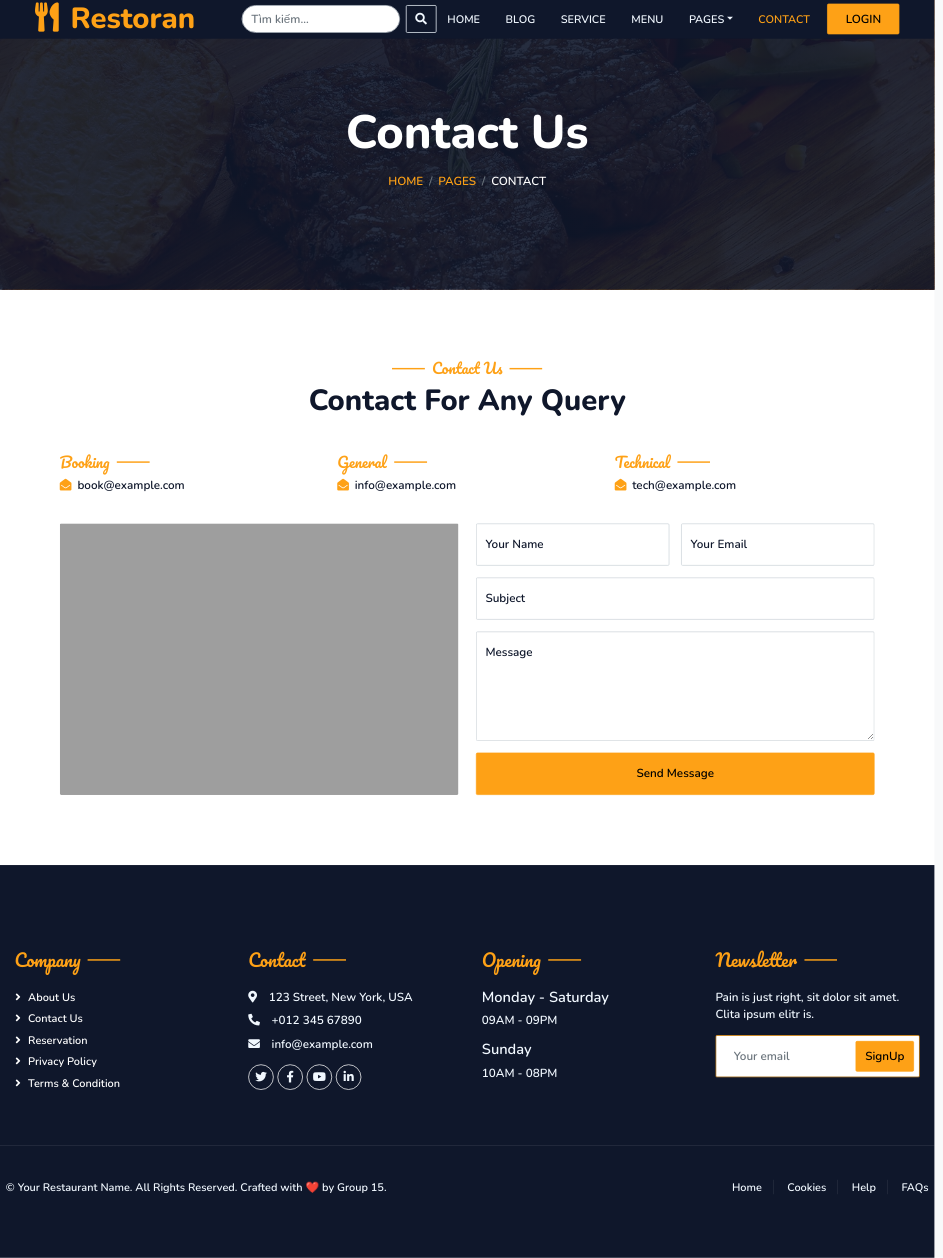
Repository: HoangKhangKhuPho4/Project_Web
Page: contact.html
The author's editor kept a copy of each file at every save. The page is drawn from the files as they stood at one save, then again after the next save.
The browser window is 1280 px wide. The page is 1292 px wide, so the pictures cover 1292 px, including what lies to the right of the window. The pictures show the whole page, at 73% of full size.
Pictures or frames that could not be fetched are drawn as grey boxes. Some web libraries are served in a nearby version.

Above is the page before, as saved 2025-01-02 20:29:42.

After the next save:
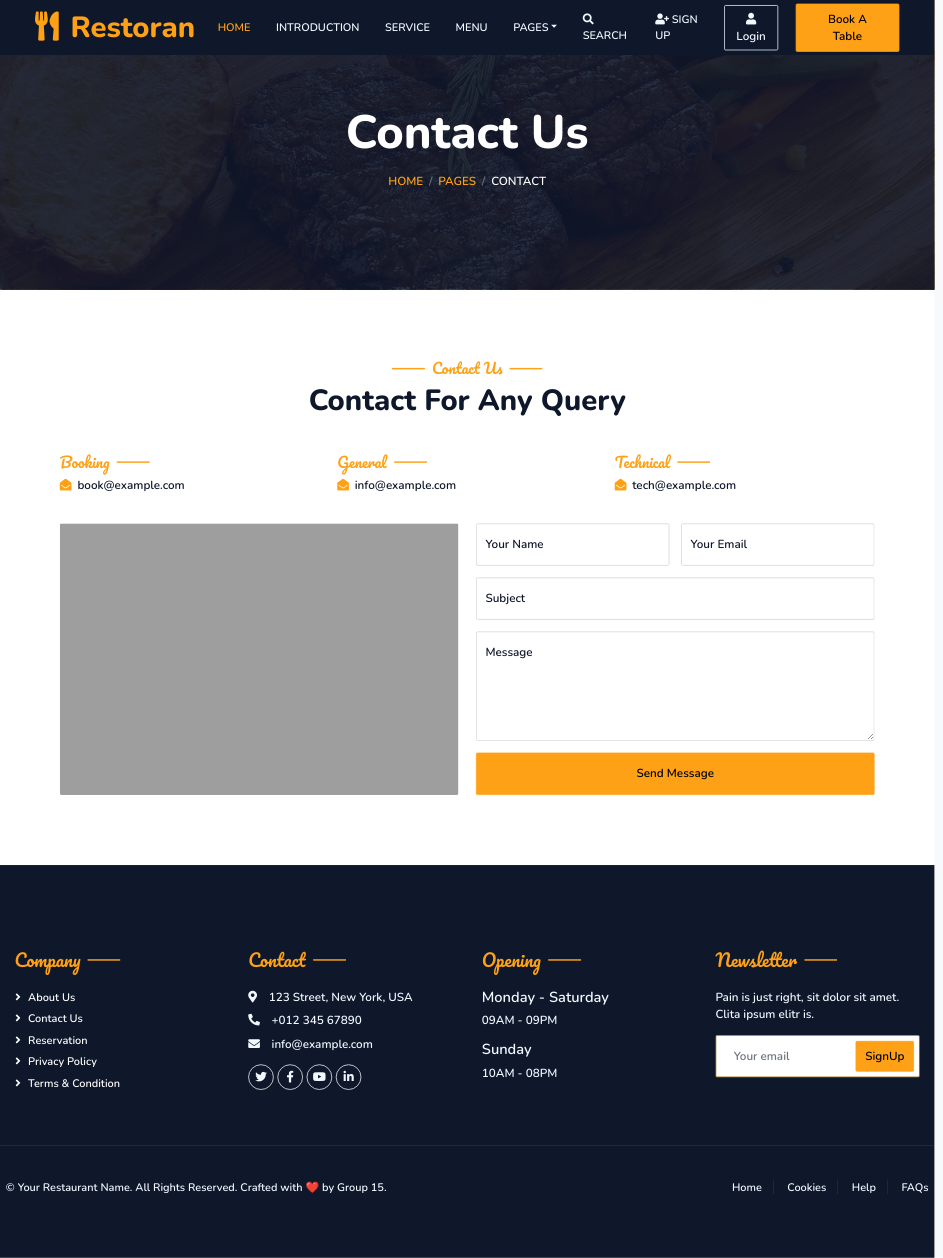
Saved 23 s later.
--- a/contact.html
+++ b/contact.html
@@ -80,9 +80,7 @@
 
       <!-- Navbar & Hero Start -->
       <div class="container-xxl position-relative p-0">
-        <nav
-          class="navbar navbar-expand-lg navbar-dark bg-dark px-4 px-lg-5 py-3 py-lg-0"
-        >
+        <nav class="navbar navbar-expand-lg navbar-dark bg-dark px-4 px-lg-5 py-3 py-lg-0">
           <div class="d-flex align-items-center">
             <a href="#" class="navbar-brand p-0">
               <h1 class="text-primary m-0">
@@ -90,19 +88,6 @@
               </h1>
               <!-- <img src="img/logo.png" alt="Logo"> -->
             </a>
-
-            <!-- Thêm khoảng cách bằng cách sử dụng lớp ms-4 -->
-            <form class="d-none d-lg-flex ms-5" role="search">
-              <input
-                class="form-control me-2"
-                type="search"
-                placeholder="Tìm kiếm..."
-                aria-label="Search"
-              />
-              <button class="btn btn-outline-light" type="submit">
-                <i class="fa fa-search"></i>
-              </button>
-            </form>
           </div>
 
           <button
@@ -119,30 +104,35 @@
 
           <div class="collapse navbar-collapse" id="navbarCollapse">
             <div class="navbar-nav ms-auto py-0 pe-4">
-              <a href="index.html" class="nav-item nav-link">Home</a>
-              <a href="blog.html" class="nav-item nav-link">Blog</a>
+              <a href="index.html" class="nav-item nav-link active">Home</a>
+              <a href="introduction.html" class="nav-item nav-link">Introduction</a>
+              <!-- Removed Blog Link -->
               <a href="service.html" class="nav-item nav-link">Service</a>
               <a href="menu.html" class="nav-item nav-link">Menu</a>
               <div class="nav-item dropdown">
-                <a
-                  href="#"
-                  class="nav-link dropdown-toggle"
-                  data-bs-toggle="dropdown"
-                  >Pages</a
-                >
+                <a href="#" class="nav-link dropdown-toggle" data-bs-toggle="dropdown">Pages</a>
                 <div class="dropdown-menu m-0">
                   <a href="booking.html" class="dropdown-item">Booking</a>
                   <a href="team.html" class="dropdown-item">Our Team</a>
-                  <a href="testimonial.html" class="dropdown-item"
-                    >Testimonial</a
-                  >
+                  <a href="testimonial.html" class="dropdown-item">Testimonial</a>
+                  <!-- Added Blog and Contact -->
+                  <a href="blog.html" class="dropdown-item">Blog</a>
+                  <a href="contact.html" class="dropdown-item">Contact</a>
                 </div>
               </div>
-              <a href="contact.html" class="nav-item nav-link active">Contact</a>
-            </div>
-            <a href="login.html" class="btn btn-primary py-2 px-4"
-              >LOGIN</a
-            >
+              <!-- Removed Contact Link -->
+              <a href="search.html" class="nav-item nav-link">
+                <i class="fa fa-search"></i> Search
+              </a>
+              <a href="register.html" class="nav-item nav-link">
+                <i class="fa fa-user-plus"></i> Sign up
+              </a>
+              <a href="login.html" class="btn btn-outline-light ms-2">
+                <i class="fa fa-user"></i> Login
+              </a>
+            </div>
+
+            <a href="booking.html" class="btn btn-primary py-2 px-4">Book A Table</a>
           </div>
         </nav>
 
